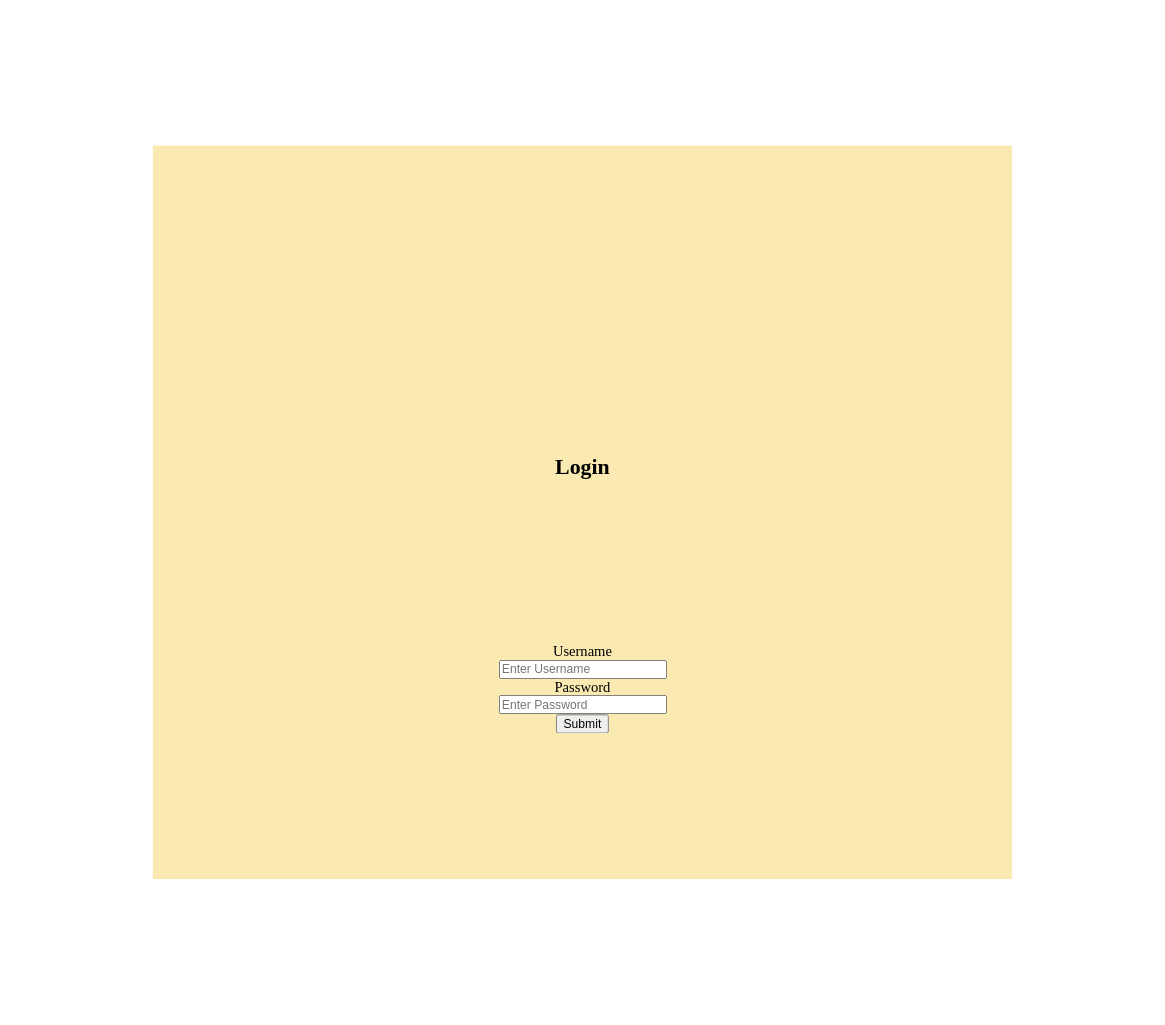
Repository: Shivamkr522/Contact_Us_Page
Page: http://localhost/ContactUs/login.jsp
An editor plug-in stored every save of this project. The page is shown before and after the next save, followed by the edit.
The browser window is 1280 px wide. The pictures show the whole page, at 91% of full size.
The page is served by Tomcat 9.

Above is the page before, as saved 2022-12-11 13:11:19.

After the next save:
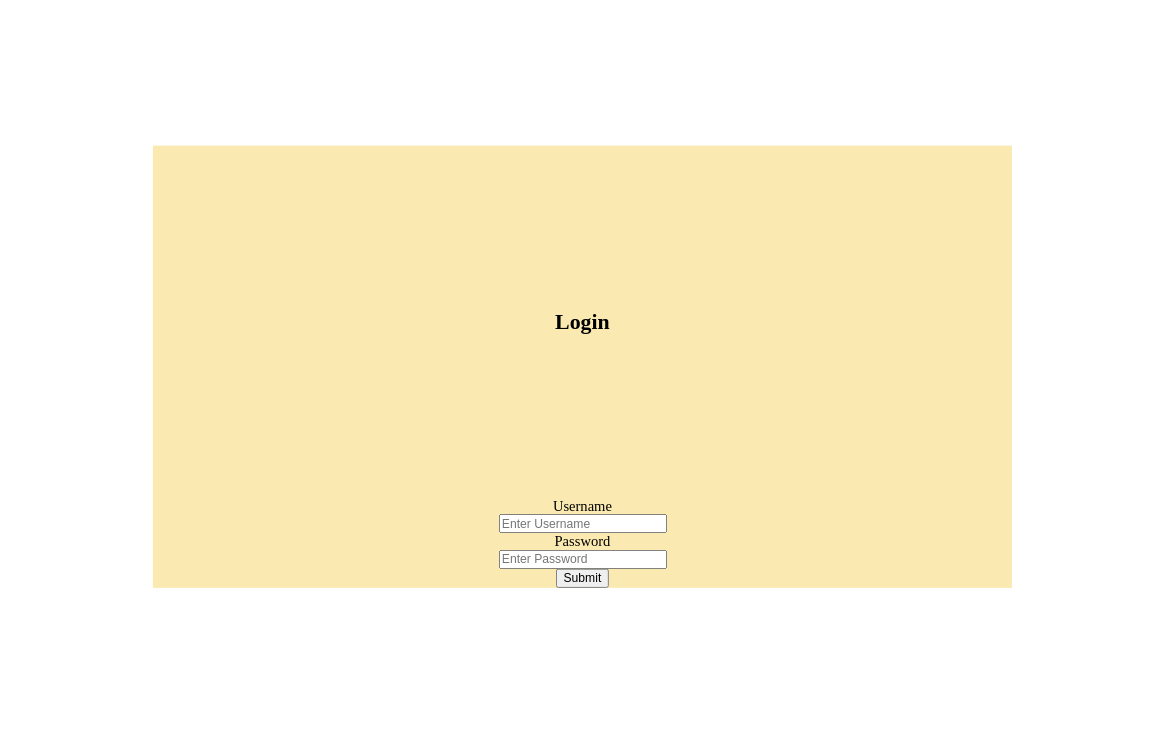
Saved 22 s later.
--- a/ContactUs/src/main/webapp/login.css
+++ b/ContactUs/src/main/webapp/login.css
@@ -12,7 +12,7 @@ form{
 #login-box{
 	display: flex;
 	flex-direction: column;
-	padding: 10rem;
+
 	background-color: #FAEAB1;
 	margin: 10rem;
 }
